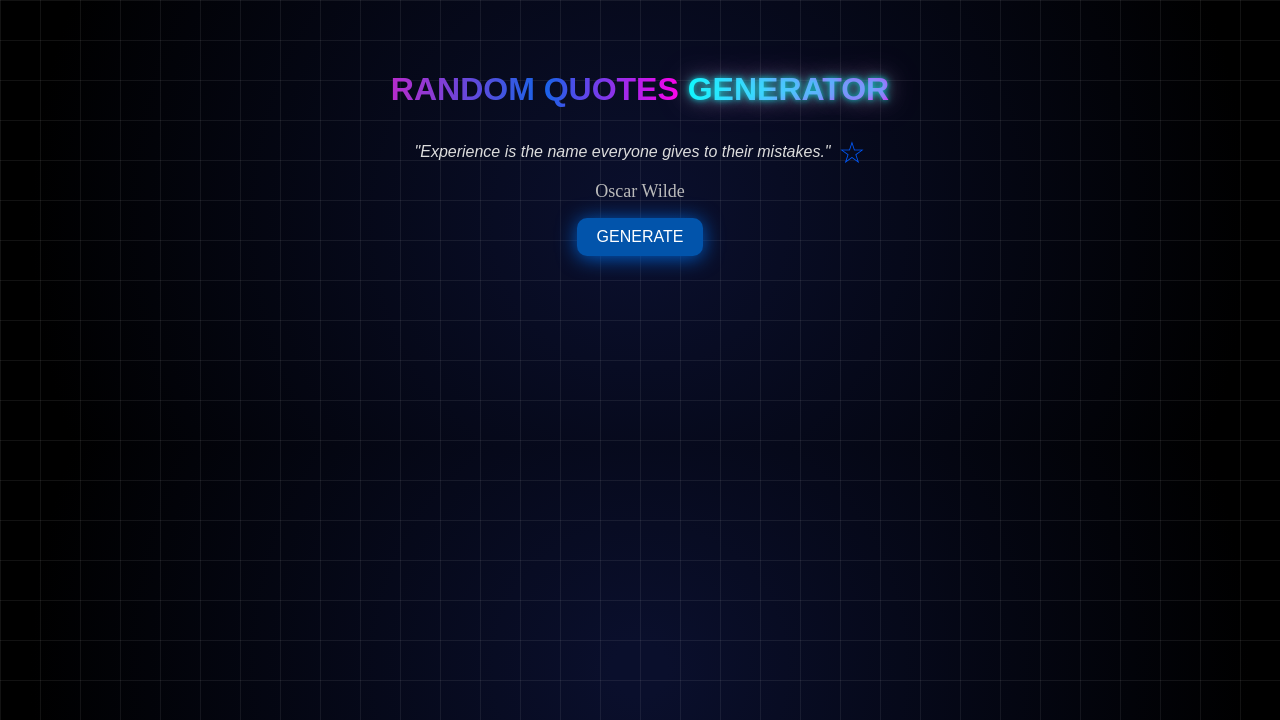
Repository: Adel-la/random-quotes
Page: index.html
These files come from the project's save history. The page is drawn as it stood at one moment and after a run of saves; the edit follows.
The browser window is 1280 px wide. The pictures show the whole page.

Above is the page before, as saved 2025-06-26 22:41:49.

After the next 2 saves:
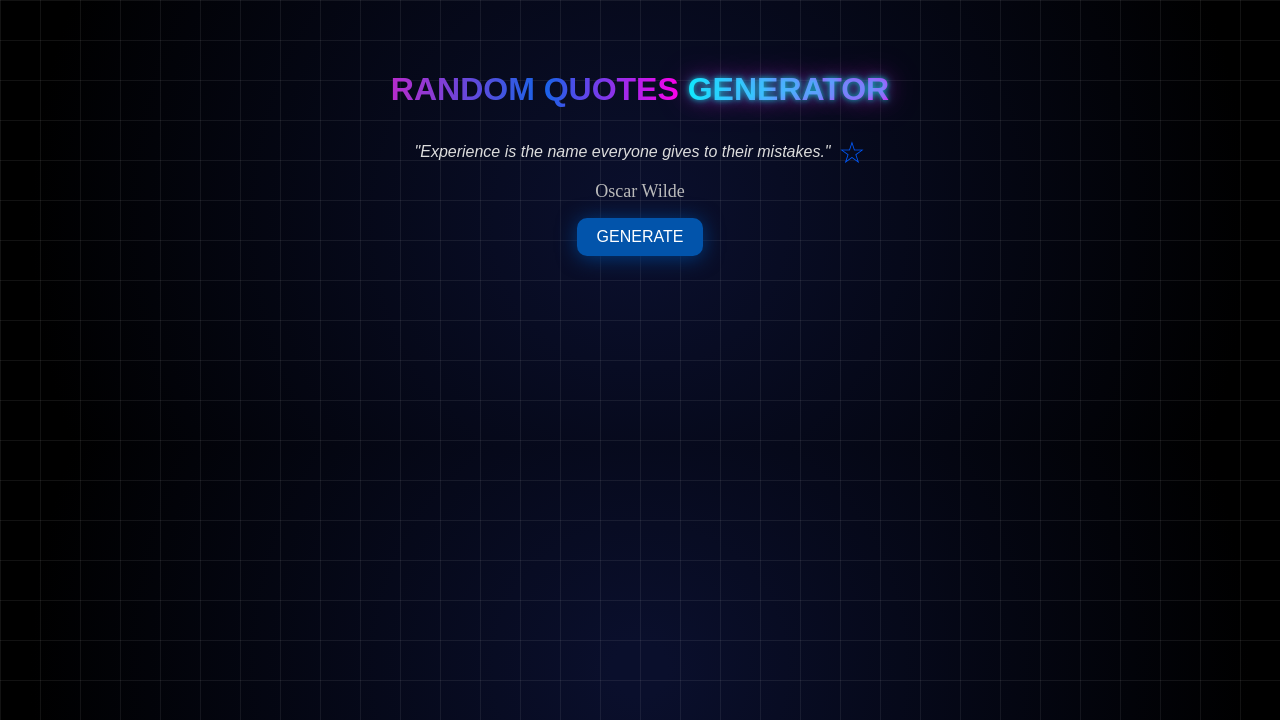
The 2 saves are shown as one change because they came seconds apart.
The last was saved 5 s later.
--- a/styles.css
+++ b/styles.css
@@ -23,7 +23,7 @@ body {
   border-radius: 10px;
   margin-top: 10px;
   transition: background-color 0.3s ease;
-  box-shadow: 0 2px 20px rgb(0, 95, 203);
+  box-shadow: 0 2px 20px rgb(0, 59, 127);
 }
 
 .btn:hover{
@@ -191,6 +191,6 @@ body::before {
   text-shadow:
     0 0 5px rgba(0, 255, 255, 0.5),
     0 0 10px rgba(0, 255, 255, 0.5),
-    0 0 20px rgba(255, 255, 255, 0.5),
+    0 0 20px rgba(255, 0, 255, 0.5),
     0 0 40px rgba(255, 0, 255, 0.3);
 }
